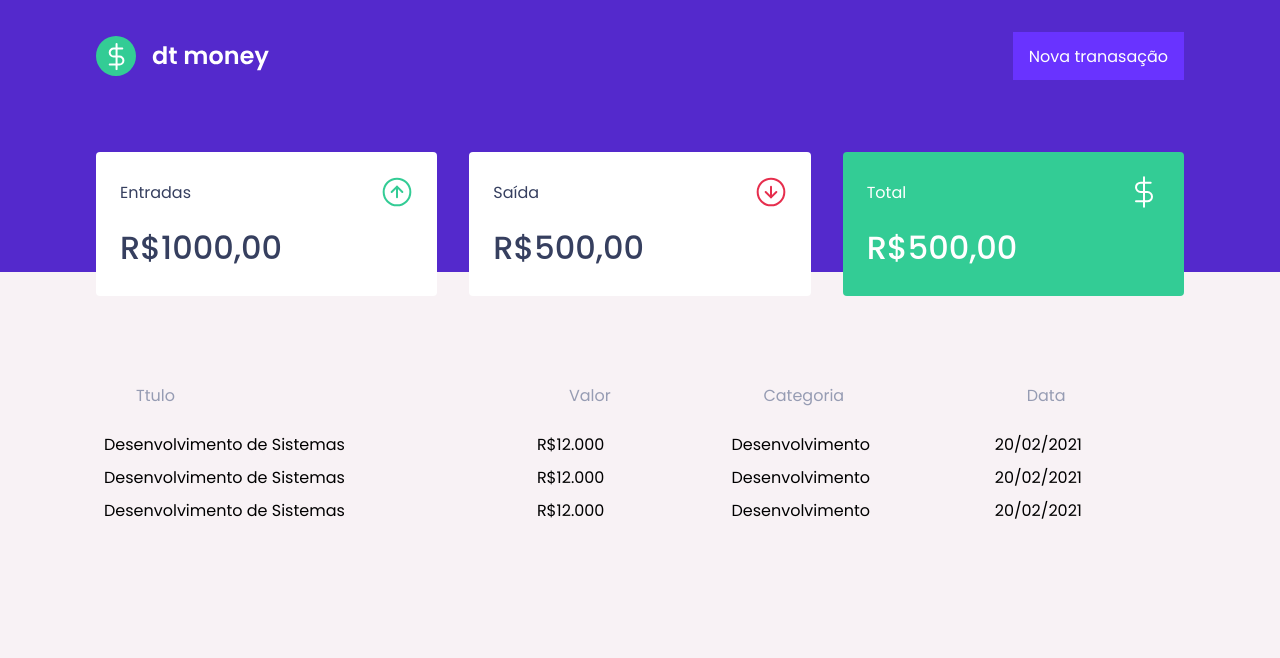
Repository: soualexandre/dtmoney
Page: /
The author's editor kept a copy of each file at every save. The page is drawn from the files as they stood at one save, then again after the next save.
The browser window is 1280 px wide. The pictures show the whole page.
The project was rebuilt for these pictures with package versions that can differ from the ones it lists, and the page was loaded fresh each time.

Above is the page before, as saved 2021-07-13 11:29:02.

After the next save:
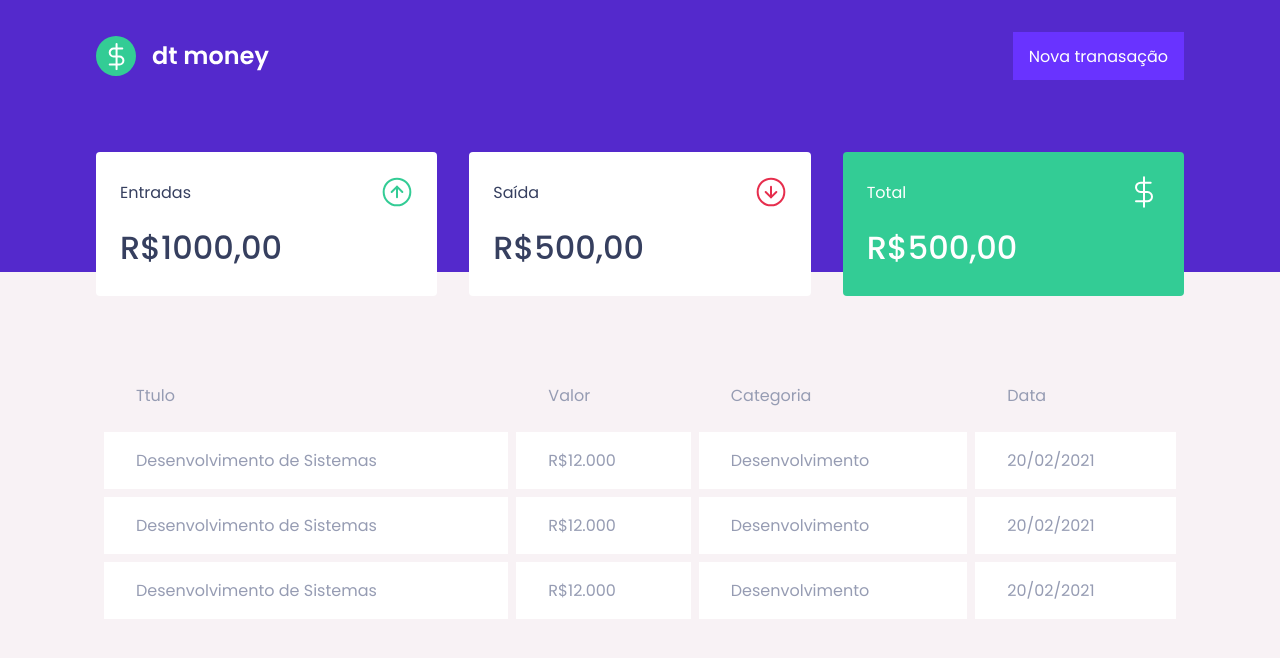
Saved 70 s later.
--- a/src/components/transactionsTable/styles.ts
+++ b/src/components/transactionsTable/styles.ts
@@ -15,5 +15,12 @@
             text-align: left;
             line-height: 1.5rem;
         }
+
+        td{
+            padding: 1rem 2rem;
+            border: 0;
+            background: var(--shape);
+            color: var(--text-body);
+        }
     }
 `;
